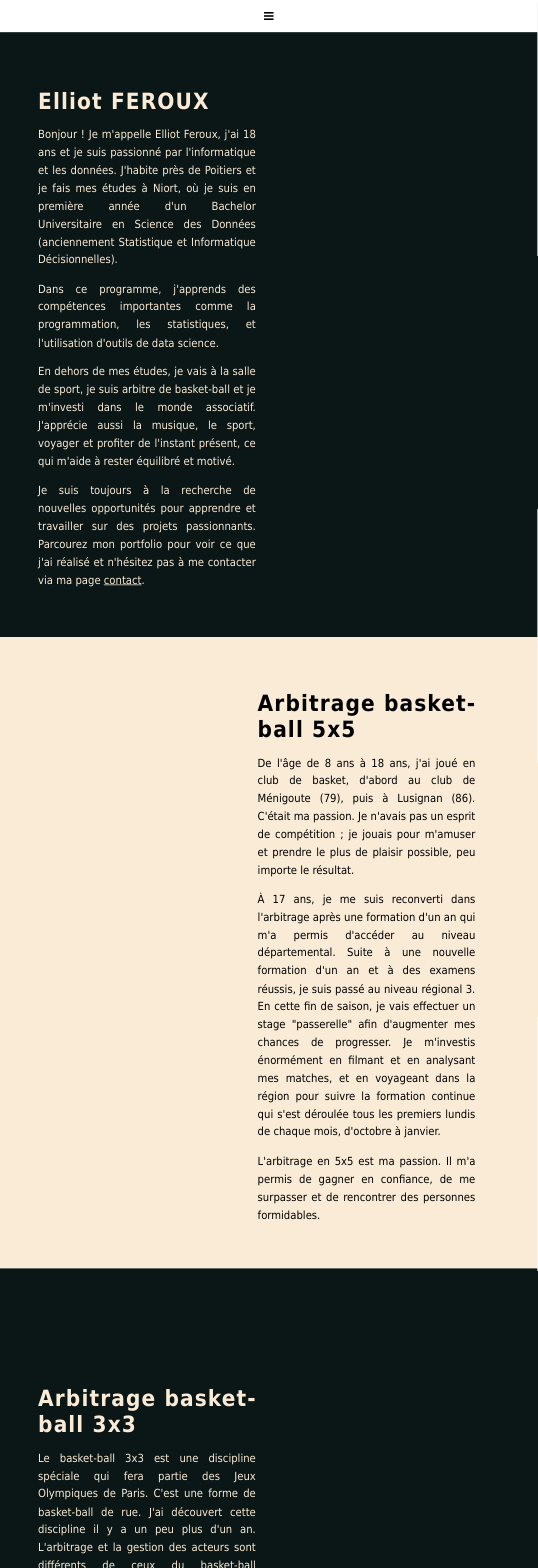
Repository: elliotfx/elliotfx.github.io
Page: html/apropos.html
These files come from the project's save history. The page is drawn as it stood at one moment and after the next save; the edit follows.
The browser window is 768 px wide. The pictures show the part of the page from y = 0 to 2240 px (the page is 5291 px tall before and 5230 px after), at 70% of full size.

Above is the page before, as saved 2025-03-20 19:15:37.

### html/apropos.html
<!doctype html>
<html lang="fr">
<head>
  <meta charset="UTF-8">
  <meta name="viewport" content="width=device-width, initial-scale=1.0">
  <meta name="author" content="Elliot FEROUX">
  <meta name="description" content="Portfolio de Elliot FEROUX">
  <title>Mes Projets (Portfolio Elliot FEROUX)</title>
  <link rel="stylesheet" type="text/css" href="./../css/apropos.css" media="screen">
  <link rel="preconnect" href="https://fonts.googleapis.com">
  <link rel="preconnect" href="https://fonts.gstatic.com" crossorigin>
  <link href="https://fonts.googleapis.com/css2?family=Kanit:ital,wght@0,100;0,200;0,300;0,400;0,500;0,600;0,700;0,800&display=swap" rel="stylesheet">
  <link rel="stylesheet" href="../css/font-awesome-4.7.0/css/font-awesome.min.css">
  <link rel="shortcut icon" href="SD.png" type="image/x-icon">
  <script src="../JS/script_projets.js"></script>
</head>
<body>
  <header>
    <div class="navbar" id="nav">
      <div class="burger-container">
        <i class="fa fa-bars iconeburger" aria-hidden="true"></i>
      </div>
      <ul class="navbar-menu">
        <li class="link-nav-underline"><a href="bilan.html">BILAN PERSONNEL</a></li>
        <li class="link-nav-underline-projet"><a href="projets.html">PROJETS</a></li>
        <li class="logo">
          <a href="https://iutp.univ-poitiers.fr/sd/" target="_blank">
            <img src="./../Images/SD.png" alt="Logo BUT Sciences des Données">
          </a>
        </li>
        <li class="link-nav-underline"><a href="apropos.html">A PROPOS</a></li>
        <li class="link-nav-underline"><a href="contact.html">CONTACT</a></li>
      </ul>
    </div>

    <div id="burgerbar">
      <a href="https://iutp.univ-poitiers.fr/sd/" target="_blank">
        <img src="./../Images/SD.png" alt="Logo BUT Sciences des Données" class="logo-burger">
      </a>
      <i class="fa fa-times iconeburgerclose" aria-hidden="true"></i>
      <ul class="burger-menu-list">
        <li class="link-nav-underline"><a href="bilan.html">BILAN PERSONNEL</a></li><br>
        <li class="link-nav-underline"><a href="projets1.html">PROJETS</a></li><br>
        <li class="link-nav-underline"><a href="apropos.html">A PROPOS</a></li><br>
        <li class="link-nav-underline"><a href="contact.html">CONTACT</a></li>
      </ul>
    </div>
  </header>

  <main>
    <!-- Section 1 : Texte à gauche, image à droite -->
    <section class="section noir">
      <div class="container">
        <div class="text-block">
          <h2 class="title">Elliot FEROUX</h2>
          <div class="contenu">
            <p>Bonjour ! Je m'appelle Elliot Feroux, j'ai 18 ans et je suis passionné par l'informatique et les données. J'habite près de Poitiers et je fais mes études à Niort, où je suis en première année d'un Bachelor Universitaire en Science des Données (anciennement Statistique et Informatique Décisionnelles).</p>
            <p>Dans ce programme, j'apprends des compétences importantes comme la programmation, les statistiques, et l'utilisation d'outils de data science.</p>
            <p>En dehors de mes études, je vais à la salle de sport, je suis arbitre de basket-ball et je m'investi dans le monde associatif. J'apprécie aussi la musique, le sport, voyager et profiter de l'instant présent, ce qui m'aide à rester équilibré et motivé.</p>
            <p>Je suis toujours à la recherche de nouvelles opportunités pour apprendre et travailler sur des projets passionnants. Parcourez mon portfolio pour voir ce que j'ai réalisé et n'hésitez pas à me contacter via ma page <a href="contact.html" class="liens">contact</a>.</p>
          </div>
        </div>
        <div class="image-block">
          <img src="./../Images/photo2.JPG" alt="Photo de Elliot FEROUX">
        </div>
      </div>
    </section>

    <!-- Section 2 : Texte à droite, image à gauche (inversion automatique) -->
    <section class="section blanc">
      <div class="container">
        <div class="text-block">
          <h2 class="title">Arbitrage basket-ball 5x5</h2>
          <div class="contenu">
            <p>De l'âge de 8 ans à 18 ans, j'ai joué en club de basket, d'abord au club de Ménigoute (79), puis à Lusignan (86). C'était ma passion. Je n'avais pas un esprit de compétition ; je jouais pour m'amuser et prendre le plus de plaisir possible, peu importe le résultat.</p>
            <p>À 17 ans, je me suis reconverti dans l'arbitrage après une formation d'un an qui m'a permis d'accéder au niveau départemental. Suite à une nouvelle formation d'un an et à des examens réussis, je suis passé au niveau régional 3. En cette fin de saison, je vais effectuer un stage "passerelle" afin d'augmenter mes chances de progresser. Je m'investis énormément en filmant et en analysant mes matches, et en voyageant dans la région pour suivre la formation continue qui s'est déroulée tous les premiers lundis de chaque mois, d'octobre à janvier.</p>
            <p>L'arbitrage en 5x5 est ma passion. Il m'a permis de gagner en confiance, de me surpasser et de rencontrer des personnes formidables.</p>
          </div>
        </div>
        <div class="image-block">
          <img src="./../Images/55.JPEG" alt="Photo de Elliot FEROUX arbitre">
        </div>
      </div>
    </section>

    <!-- Section 3 : Texte à gauche, image à droite -->
    <section class="section noir">
      <div class="container">
        <div class="text-block">
          <h2 class="title">Arbitrage basket-ball 3x3</h2>
          <div class="contenu">
            <p>Le basket-ball 3x3 est une discipline spéciale qui fera partie des Jeux Olympiques de Paris. C'est une forme de basket-ball de rue. J'ai découvert cette discipline il y a un peu plus d'un an. L'arbitrage et la gestion des acteurs sont différents de ceux du basket-ball traditionnel.</p>
            <p>Depuis, j'ai arbitré lors de nombreux tournois, tels que les <a href="http://ffse.fr/nos-actions/jeux/europeeens/#:~:text=LES%20JEUX%20EUROP%C3%89ENS,-Les%20Jeux%20Europ%C3%A9ens&text=Cette%20grande%20f%C3%AAte%20du%20sport,14%20au%2018%20juin%202023." class="liens">Jeux Européens Inter-Entreprises de Bordeaux</a>, <a href="https://www.poitevins.fr/urbanpb#:~:text=Urban%20PB%20est%20un%20tournoi,qualification%20entre%20avril%20et%20juin." class="liens">l'Urban PB de Poitiers</a>, ou encore le <a href="https://play.fiba3x3.com/events/dfd86fbb-793f-4384-a0a0-58e7211858ba?fbclid=IwAR3QWv89srzKISg9u5xH8Kk9xjBphCmSoV1SZCdJkw5wBuWZTOqwaH6c468" class="liens">Tournoi International du Grand Cognac</a>. Cette discipline me passionne tout autant, car elle me permet de voyager davantage, de profiter du basket en plein air, et même de découvrir de nouveaux horizons.</p>
          </div>
        </div>
        <div class="image-block">
          <img src="./../Images/PB.JPEG" alt="Photo de Elliot FEROUX">
        </div>
      </div>
    </section>

    <!-- Section 4 : Texte à droite, image à gauche -->
    <section class="section blanc">
      <div class="container">
        <div class="text-block">
          <h2 class="title">Bénévolat - Mélusik</h2>
          <div class="contenu">
            <p>Mes parents m'ont toujours immergé dans la musique, mon père étant guitariste et ma mère accordéoniste et chanteuse. Personnellement, je me contente d'écouter de la musique. Ils ont toujours été bénévoles dans une association musicale, et depuis deux ans, je le suis également. Lors de l'édition 2023, j'étais bénévole à la restauration, où je préparais les sandwiches et m'occupais de la logistique en arrière-plan. Je n'ai pas vraiment apprécié cette tâche car il n'y avait pas de contact avec les clients et je ne pouvais pas profiter de la musique.</p>
            <p>Cette année, j'ai été à l'accueil, en charge de servir les clients en jetons, de gérer les retours de caution, et de répondre à toutes les questions des festivaliers. J'ai beaucoup aimé ce poste car il impliquait beaucoup de contact avec les clients, la gestion d'argent, et des responsabilités. De plus, cela m'a permis de travailler sur ma confiance en moi et de veiller à ce que les festivaliers aient une bonne impression du festival dès leur arrivée.</p>
          </div>
        </div>
        <div class="image-block">
          <img src="./../Images/melu.jpeg" alt="Festival Mélusik affiche">
        </div>
      </div>
    </section>

    <!-- Section 5 : Texte à gauche, image à droite -->
    <section class="section noir">
      <div class="container">
        <div class="text-block">
          <h2 class="title">Arbitrage Universitaire</h2>
          <div class="contenu">
            <p>Depuis le début de l'année universitaire 2024 - 2025, j'arbitre à l'université, je me rends souvent à Poitiers le jeudi après-midi afin d'arbitrer des matchs au niveau Académique et Inter-Académique. J'ai nottament pu arbitrer la finale inter-académique avec les équipes de l'ENSMA - Chasseneuil, Toulon et La Rochelle.</p>
            <p>Les matchs Inter-Université me permettent de prendre de l'expérience car on y retrouve des joueurs de plus ou moins haut niveau. J'arbitre actuellement en Régional 3 et je peux me retrouver à arbitrer des joueurs de niveau Régionale 1 voire Nationale 3. C'est toujours de l'expérience à prendre et je m'épanouis énormément. Cela me permet de pratiquer d'autant plus ma passion.</p>
          </div>
        </div>
        <div class="image-block">
          <img src="./../Images/univ.png" alt="Arbitrage Universitaire">
        </div>
      </div>
    </section>

    <section class="section blanc">
        <div class="container">
          <div class="text-block">
            <h2 class="title">Ecole d'arbitrage</h2>
            <div class="contenu">
                <p>Depuis le début de l'année universitaire 2024-2025, je m'investis activement dans l'école d'arbitrage de mon club de Basket, Chauray. Je m'occupe de préparer des séances théoriques <a href="./../Images/ecolearb.pdf" target="_blank" class="liens">(cf pdf pour un exemple de séance).</a> Nous nous servons de matchs de jeunes afin de les accompagner dans leur évolution. Si possible, nous pouvons les suivre dans leurs matchs "officiels", afin de leur donner plus de conseils.</p>
                <p>J'aime réellement former, cela me permet de partager ma passion, transmettre mes connaissances et de gagner en maturité. Cela m'apporte beaucoup.</p>
            </div>
          </div>
          <div class="image-block">
            <img src="./../Images/ecole.JPG" alt="ecole">
          </div>
        </div>
      </section>
  </main>
</body>
</html>

### css/apropos.css
@import "navbar_stylesheet.css";

body {
  margin: 0;
  padding: 0;
  font-family: 'Tahoma', sans-serif;
}

/* Style de base pour chaque section */
.section {
  min-height: 100vh;
  display: flex;
  align-items: center;
  justify-content: center;
  padding: 2rem 0;
}

/* Fond sombre et texte clair */
.section.noir {
  background-color: #0B1616;
  color: antiquewhite;
}

/* Fond clair et texte foncé */
.section.blanc {
  background-color: antiquewhite;
  color: #000;
}

/* Container central en flex */
.container {
  width: 90%;
  max-width: 1200px;
  display: flex;
  flex-direction: row;
  align-items: center;
  justify-content: space-between;
  gap: 2rem;
  margin: auto;
}

/* Inversion de l'ordre pour les sections paires */
.section:nth-of-type(even) .container {
  flex-direction: row-reverse;
}

/* Bloc de texte */
.text-block {
  width: 50%;
  padding: 1rem;
}

/* Style du titre */
.title {
  font-weight: bold;
  letter-spacing: 0.05em;
  font-size: 2em;
  margin-bottom: 1rem;
}

/* Bloc image */
.image-block {
  width: 50%;
  display: flex;
  align-items: center;
  justify-content: center;
}

.image-block img {
  width: 80%;
  height: auto;
  border-radius: 10px;
  box-shadow: 8px 8px 10px 0 rgba(0, 0, 0, 0.5);
}

/* Style des liens */
a {
  color: inherit;
}

/* Mise en forme du contenu textuel */
.contenu p {
  text-align: justify;
  line-height: 1.6;
}

.liens{
    text-decoration: underline;
}

@media screen and (max-width: 900px) {
    .image-block{
        display: none;
    }

    p{
        width: 90%;
    }
}

### css/navbar_stylesheet.css
html,
body {
    overflow-x: hidden;
}

ul {
    list-style-type: none;
    padding: 0;
    margin: 0;
}

header {
    background-color: #ffffff;
    box-shadow: 3px 3px 4px rgba(205, 205, 205, 0.5);
    display: flex;
    justify-content: center;
    align-items: center;
    padding: 15px;
    z-index: 2000;
}

.navbar {
    width: 100%;
    display: flex;
    justify-content: center;
    align-items: center;
}

/* Modification principale pour répartir équitablement les éléments */
.navbar-menu {
    display: flex;
    justify-content: space-around;
    align-items: center;
    width: 100%;
}

.logo img {
    width: 50px;
    height: 50px;
}

/* Effet souligné au survol */
.link-nav-underline, .link-nav-underline-projet {
    display: inline-block;
    position: relative;
    text-decoration: none;
    color: inherit;
}

.link-nav-underline::after,
.link-nav-underline-projet::after {
    content: "";
    display: block;
    position: absolute;
    bottom: 0;
    left: 0;
    width: 100%;
    height: 2px;
    background: #000;
    transform: scaleX(0);
    transition: transform 0.2s ease-in-out;
    transform-origin: left;
}

.link-nav-underline:hover::after,
.link-nav-underline-projet:hover::after {
    transform: scaleX(1);
}

/* Style du menu burger */
.burger-container {
    display: none;
    cursor: pointer;
}

#burgerbar {
    height: 100vh;
    width: 50%;
    background-color: #fff;
    position: fixed;
    top: 0;
    left: -100%;
    display: flex;
    flex-direction: column;
    align-items: center;
    justify-content: center;
    z-index: 3000;
    transition: left 0.3s ease-in-out;
    padding: 20px;
    box-shadow: 2px 0 5px rgba(0, 0, 0, 0.5);
}

/* Responsive pour mobiles */
@media screen and (max-width: 900px) {
    .navbar-menu {
        display: none;
    }

    .burger-container {
        display: flex;
    }

    .burger-menu-list {
        display: block;
        text-align: center;
    }

    .burger-menu-list li {
        margin: 15px 0;
    }
}


a{
    color: inherit;
    text-decoration: none;
}

.logo-burger{
    width: 50px;
    height: 50px;
}

Loaded but not shown: css/font-awesome-4.7.0/css/font-awesome.min.css (library); JS/script_projets.js (no copy from this time; the picture is the same without it)

After the next save:
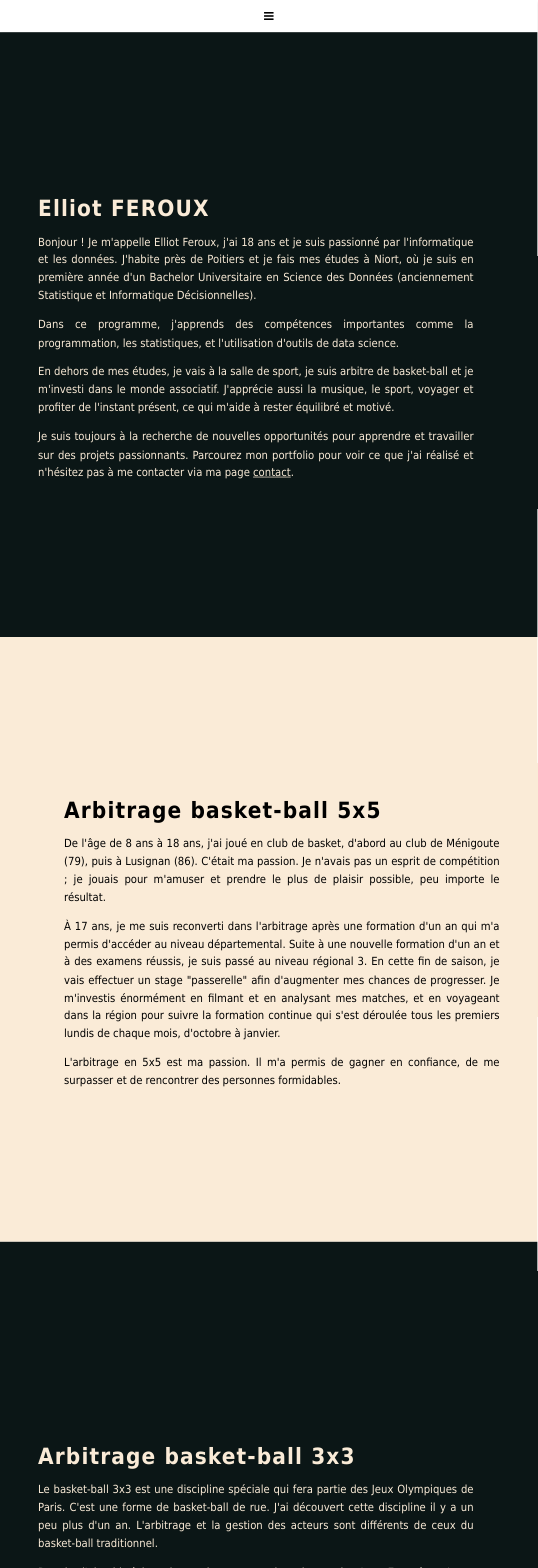
Saved 39 s later.
--- a/css/apropos.css
+++ b/css/apropos.css
@@ -93,7 +93,7 @@
         display: none;
     }
 
-    p{
+    .text-block{
         width: 90%;
     }
 }
